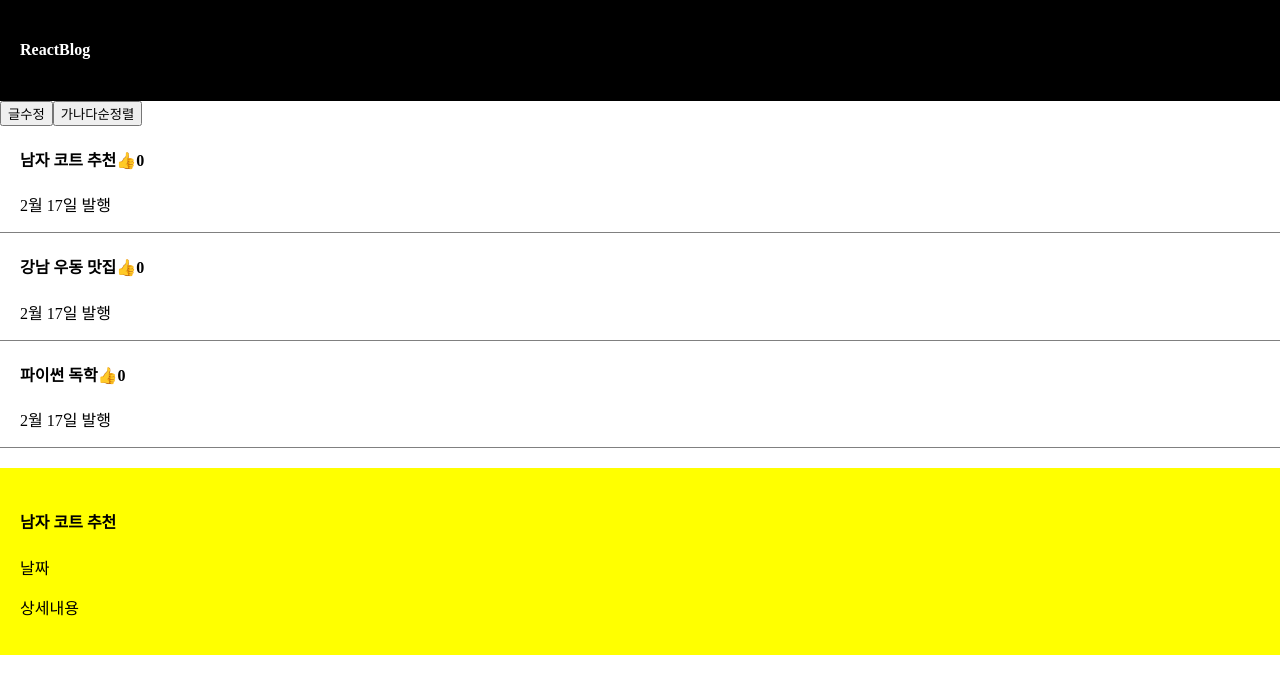
Repository: thinkseaweave/applecoding
Page: /, after clicking the first element matching `div.list > h4`
These files come from the project's save history. The page is drawn as it stood at one moment and after the next save; the edit follows.
The browser window is 1280 px wide. The pictures show the whole page.
The project was rebuilt for these pictures with package versions that can differ from the ones it lists, and the page was loaded fresh each time. Also part of the build but not shown: vite.config.js, src/index.css.

Above is the page before, as saved 2025-01-29 13:48:29.

After the next save:
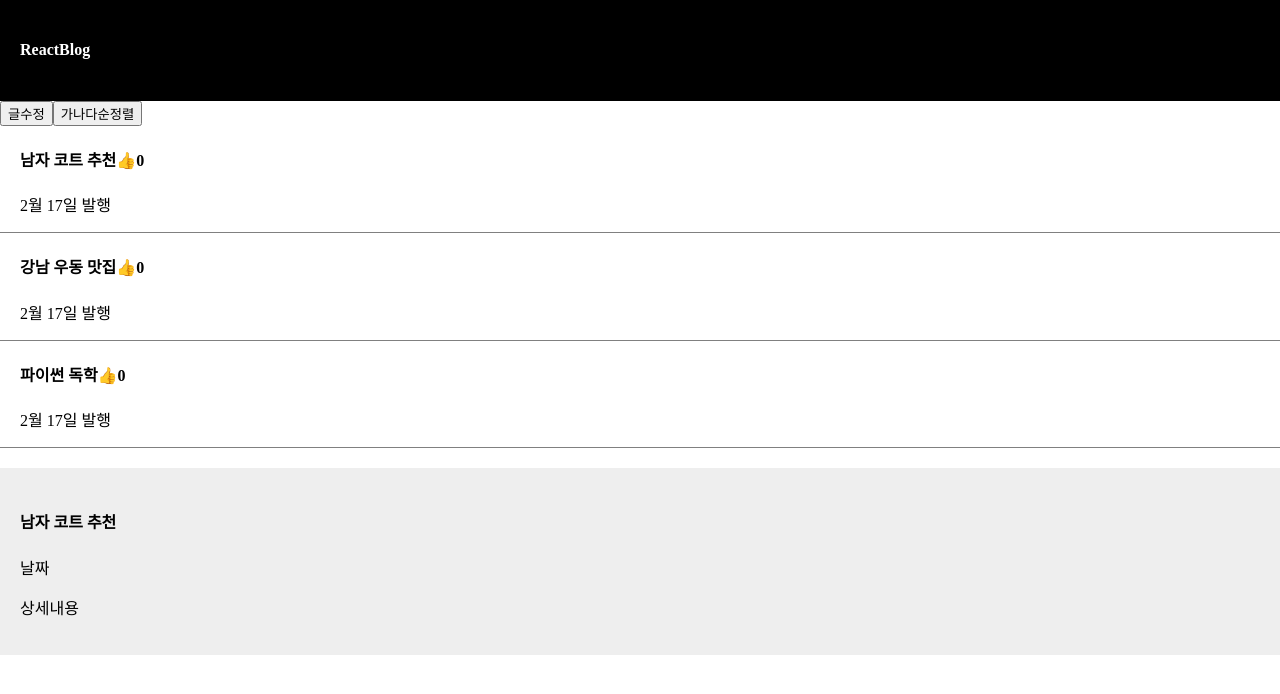
Saved 52 s later.
--- a/src/App.jsx
+++ b/src/App.jsx
@@ -66,7 +66,7 @@ function App() {
 
       {
         //조건식 ? 참일 때 실행할 코드 : 거짓일 때 실행할 코드
-        modal === true ? <Modal color={"yellow"} 글제목={글제목} /> : null
+        modal === true ? <Modal 글제목={글제목} /> : null
       }
     </div>
   );
@@ -74,7 +74,7 @@ function App() {
 
 function Modal(props) {
   return (
-    <div className="modal" style={{ background: props.color }}>
+    <div className="modal">
       <h4>{props.글제목[0]}</h4>
       <p>날짜</p>
       <p>상세내용</p>
